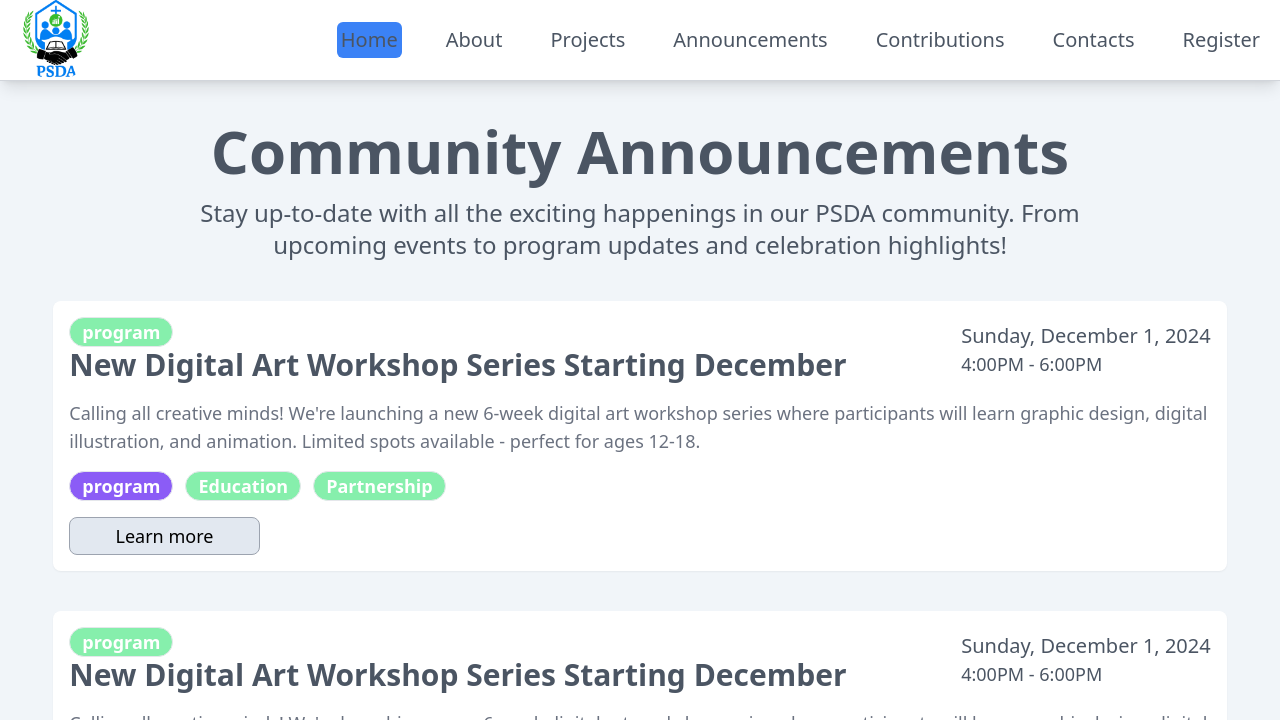
Repository: Zedestar/psda
Page: /announcements
An editor plug-in stored every save of this project. The page is shown before and after the next save, followed by the edit.
The browser window is 1280 px wide. The pictures show the whole page.
An inner scrolling area shows only its first screen. The project was rebuilt for these pictures with package versions that can differ from the ones it lists, and the page was loaded fresh each time. Also part of the build but not shown: src/components/cards/primary-card.jsx, src/components/cards/two-lines-card.jsx, src/components/homepic/index.jsx, src/pages/home/what-we-do.js, src/pages/home/home.jsx, src/components/cards/leaders-card.jsx, src/components/cards/secondary-card.jsx, src/pages/about/about-us-data.js and 13 more.

Above is the page before, as saved 2025-07-21 20:02:03.

### public/index.html
<!DOCTYPE html>
<html lang="en">
  <head>
    <meta charset="utf-8" />
    <link rel="icon" href="%PUBLIC_URL%/favicon.ico" />
    <meta name="viewport" content="width=device-width, initial-scale=1" />
    <meta name="theme-color" content="#000000" />
    <meta
      name="description"
      content="Web site created using create-react-app"
    />
    <!-- <link rel="apple-touch-icon" href="%PUBLIC_URL%/psdaImage.png" /> -->
    <!-- <link rel="manifest" href="%PUBLIC_URL%/manifest.json" /> -->

    <title>psda</title>
  </head>
  <body>
    <noscript>You need to enable JavaScript to run this app.</noscript>
    <div id="root"></div>

  </body>
</html>

### src/index.js
import React from "react";
import ReactDOM from "react-dom/client";
import App from "./App";
import "./index.css";
import { BrowserRouter } from "react-router-dom";

const root = ReactDOM.createRoot(document.getElementById("root"));
root.render(
  <BrowserRouter>
    <React.StrictMode>
      <App />
    </React.StrictMode>
  </BrowserRouter>
);

### src/App.js
import { Route, Routes } from "react-router-dom";
import Header from "./components/header/header";
import Home from "./pages/home/home";
import AboutPage from "./pages/about/about";
import Projects from "./pages/projects/projects";
import Announcements from "./pages/announcements/announcements";
import Contributions from "./pages/contirbutions/contributions";
import Contacts from "./pages/contacts/contacts";
import Register from "./pages/register/register.jsx";

function App() {
  return (
    <div className="flex flex-col items-center flex-center h-screen  bg-slate-100">
      <Header />
      <Routes>
        <Route path="/" element={<Home />} />
        <Route path="/about" element={<AboutPage />} />
        <Route path="/projects" element={<Projects />} />
        <Route path="/announcements" element={<Announcements />} />
        <Route path="/contributions" element={<Contributions />} />
        <Route path="/contact" element={<Contacts />} />
        <Route path="/register" element={<Register />} />
      </Routes>
    </div>
  );
}

export default App;

### src/components/header/header.jsx
import { useState } from "react";
import headerData from "./header-data";
import HeaderItem from "./header-item";
import psdaImage from "../../assets/images/psdaImage.png";

function Header() {
  const [active, setActive] = useState(1);
  return (
    <div className="w-full flex justify-center shadow-lg bg-white">
      <header className="w-full flex items-center justify-between px-4  border-b border-b-gray-300 max-w-screen-2xl">
        <div className="text-3xl rounded-full overflow-hidden">
          <img className="h-20 w-20" src={psdaImage} alt="" />
        </div>{" "}
        <ul className="hidden lg:flex justify-center py-5 space-x-10 flex-center">
          {headerData.map((item) => (
            <HeaderItem
              key={item.id}
              item={item}
              active={active}
              setActive={setActive}
            />
          ))}
        </ul>
        <ul className="lg:hidden">
          <li>miaaa</li>
          <li>miaaa</li>
          <li>miaaa</li>
          <li>miaaa</li>
          <li>miaaa</li>
        </ul>
      </header>
    </div>
  );
}

export default Header;

### src/pages/announcements/announcements.jsx
import Container from "../../components/container";
import MinContainer from "../../components/min-container/min-container.jsx";
import MinContianerInsideContent from "../../components/min-container/min-container-inside-content.jsx";
import announcements_face_card_data from "./announcemntes.-face-card-data.js";
import stay_updated_content_data from "./stay-updated-content-data.js";
import FaceCard from "../../components/cards/face-card";
import FullRoundedButton from "../../components/button/full-rounded-button.jsx";
import AnnouncementCard from "../../components/cards/announcement-card.jsx";

function Announcements() {
  return (
    <Container>
      {announcements_face_card_data.map((item) => (
        <FaceCard item={item} />
      ))}
      <AnnouncementCard />
      <AnnouncementCard />
      <AnnouncementCard />
      <AnnouncementCard />
      <MinContainer>
        {stay_updated_content_data.map((item) => (
          <FaceCard item={item} />
        ))}
        <MinContianerInsideContent>
          <form className="flex">
            <input
              className="rounded-full border-2 border-gray-400 text-xl flex items-center justify-center active:border-blue-400 "
              placeholder="Enter your email"
            />
            <FullRoundedButton text={"Subscribe"} />
          </form>
        </MinContianerInsideContent>
      </MinContainer>
    </Container>
  );
}

export default Announcements;

### src/components/header/header-data.js
const headerData = [
  {
    id: 1,
    content: "Home",
    link: "/",
  },
  {
    id: 2,
    content: "About",
    link: "/about",
  },
  {
    id: 3,
    content: "Projects",
    link: "/projects",
  },
  {
    id: 4,
    content: "Announcements",
    link: "/announcements",
  },
  {
    id: 5,
    content: "Contributions",
    link: "/contributions",
  },
  {
    id: 6,
    content: "Contacts",
    link: "/contact",
  },
  {
    id: 7,
    content: "Register",
    link: "/register",
  },
];

export default headerData;

### src/components/header/header-item.jsx
import { Link } from "react-router-dom";

function HeaderItem({ item, active, setActive }) {
  console.log(active);
  return (
    <li
      className={`p-1 rounded-md text-xl text-gray-600 font-gray-100 hover:bg-gray-200 transition cursor-pointer ${
        item.id === active ? "bg-blue-500" : ""
      }`}
      onClick={() => setActive(item.id)}
    >
      <Link to={item.link}>{item.content}</Link>
    </li>
  );
}

export default HeaderItem;

### src/pages/home/psda-highlights.js
import {
  FaUsers,
  FaPalette,
  FaLaptopCode,
  //   GiProgression,
  FaChild,
} from "react-icons/fa";

const psdaHighlights = [
  {
    id: 1,
    title: "Community Building",
    content:
      "We connect young people to form lasting friendships and supportive peer networks that strengthen communities.",
    icon: <FaUsers className="text-4xl text-blue-400" />,
    color: "bg-blue-50",
    text_color: "text-gray-500",
  },
  {
    id: 2,
    title: "Creative Projects",
    content:
      "Our programs encourage hands-on learning through art, technology, and community improvement initiatives.",
    icon: <FaPalette className="text-4xl text-blue-400" />,
    color: "bg-blue-50",
    text_color: "text-gray-500",
  },
  {
    id: 3,
    title: "Character Development",
    content:
      "We help children build confidence, leadership skills, and positive values that prepare them for life’s challenges.",
    icon: <FaLaptopCode className="text-4xl text-blue-400" />,
    color: "bg-blue-50",
    text_color: "text-gray-500",
  },
  {
    id: 4,
    title: "Achievement Recognition",
    content:
      "We celebrate every milestone and accomplishment to inspire pride, motivation, and continued growth.",
    icon: <FaChild className="text-4xl text-blue-400" />,
    color: "bg-blue-50",
    text_color: "text-gray-500",
  },
];

export default psdaHighlights;

### src/components/button/full-rounded-button.jsx
function FullRoundedButton({ text, bgColor, textColor, onClick }) {
  return (
    <button
      className={`${bgColor} p-4 mx-4 ${textColor} text-2xl border border-gray-50 rounded-full hover:scale-105 transition duration:300`}
      onClick={onClick}
    >
      {text}{" "}
    </button>
  );
}

export default FullRoundedButton;

### src/components/cards/face-card.jsx
function FaceCard({ item }) {
  return (
    <div className="space-y-4 flex flex-col items-center justify-center">
      <p className="text-6xl w-[80%] font-bold text-gray-600 text-center">
        {item.title}
      </p>
      <p className="text-2xl w-[70%] text-center text-gray-600">
        {item.description}
      </p>
    </div>
  );
}

export default FaceCard;

### src/components/container/index.jsx
function Container({ children }) {
  return (
    <div className="w-full h-full flex justify-center overflow-x-scroll">
      <div className="w-full h-full py-10 space-y-10 max-w-screen-2xl flex flex-col items-center">
        {children}
      </div>
    </div>
  );
}

export default Container;

### src/pages/about/core-objective-goals-data.js
import {
  AiOutlineTeam,
  AiOutlineBulb,
  AiOutlineTool,
  AiOutlineStar,
  AiOutlineGift,
} from "react-icons/ai";

const core_objectives_data = [
  {
    id: 1,
    title: "Fellowship and Networking",
    content:
      "To foster strong, lasting relationships among pastors' children by encouraging unity, love, and mutual support within the community.",
    icon: <AiOutlineTeam className="text-4xl text-teal-500" />,
    color: "bg-teal-50",
    text_color: "text-teal-500",
  },
  {
    id: 2,
    title: "Opportunity Awareness",
    content:
      "To actively seek out and share opportunities for growth, development, and advancement—both spiritually and economically.",
    icon: <AiOutlineBulb className="text-4xl text-purple-500" />,
    color: "bg-purple-50",
    text_color: "text-purple-500",
  },
  {
    id: 3,
    title: "Problem Solving",
    content:
      "To openly discuss and confront common challenges we face as a community, and work hand in hand to find sustainable solutions.",
    icon: <AiOutlineTool className="text-4xl text-yellow-500" />,
    color: "bg-yellow-50",
    text_color: "text-yellow-500",
  },
  {
    id: 4,
    title: "Talent Discovery & Development",
    content:
      "To identify, nurture, and empower the God-given talents within us, enabling every member to reach their full potential.",
    icon: <AiOutlineStar className="text-4xl text-pink-500" />,
    color: "bg-pink-50",
    text_color: "text-pink-500",
  },
  {
    id: 5,
    title: "Support for Our Parents",
    content:
      "To express gratitude and honor our pastoral parents by supporting them in practical ways—spiritually, emotionally, and materially.",
    icon: <AiOutlineGift className="text-4xl text-red-500" />,
    color: "bg-red-50",
    text_color: "text-red-500",
  },
];

export default core_objectives_data;

### src/pages/about/mission-vission-impact.js
import { AiOutlineAim, AiOutlineEye, AiOutlineHeart } from "react-icons/ai";

const mission_vission_impact_data = [
  {
    id: 1,
    title: "Our mission",
    content:
      "We envision a generation of spiritually grounded, socially responsible, and purpose-driven leaders from pastoral families who carry forward a legacy of faith, compassion, and community influence.",

    icon: <AiOutlineAim className="text-4xl text-green-500" />,
    color: "bg-green-50",
    text_color: "text-green-500",
  },
  {
    id: 2,
    title: "Our vision",
    content:
      "We exist to empower pastors’ children through mentorship, discipleship, skill-building, and fellowship—equipping them to thrive in every area of life and fulfill their divine calling.",
    icon: <AiOutlineEye className="text-4xl text-blue-500" />,
    color: "bg-blue-50",
    text_color: "text-blue-500",
  },
  {
    id: 3,
    title: "Our impact",
    content:
      "Through impactful programs and community-building initiatives, P.S.D.A. is restoring identity, building leadership, and inspiring pastors’ children to walk boldly in purpose while honoring their heritage.",
    icon: <AiOutlineHeart className="text-4xl text-orange-400" />,
    color: "bg-orange-50",
    text_color: "text-orange-500",
  },
];

export default mission_vission_impact_data;

### src/components/min-container/min-container.jsx
function MinContaier({ children }) {
  return (
    <div className="bg-slate-200 py-8 rounded-lg space-y-4 hover:shadow-xl border border-gray-300 transition">
      {children}
    </div>
  );
}

export default MinContaier;

### src/components/min-container/min-container-inside-content.jsx
function MinContianerInsideContent({ children }) {
  return (
    <div className="flex items-center justify-center my-2">{children}</div>
  );
}

export default MinContianerInsideContent;

### src/pages/announcements/announcemntes.-face-card-data.js
const announcements_face_card_data = [
  {
    title: "Community Announcements",
    description:
      "Stay up-to-date with all the exciting happenings in our PSDA community. From upcoming events to program updates and celebration highlights!",
  },
];

export default announcements_face_card_data;

### src/pages/announcements/stay-updated-content-data.js
const stay_updated_content_data = [
  {
    title: "Stay in the Loop!",
    description:
      "Never miss an important announcement. Subscribe to our newsletter for weekly updates and exclusive community insights delivered right to your inbox.",
  },
];

export default stay_updated_content_data;

### src/components/cards/announcement-card.jsx
function AnnouncementCard() {
  const instensity = [100, 200, 50, 500, 300, 400, 600, 700, 800, 900];
  const colors = ["rose", "green", "blue", "orange", "violent"];

  return (
    <div className="flex flex-col bg-white mx-4 p-4 rounded-lg shadow-sm hover:shadow-lg hover:scale-105 transition w-11/12 space-y-4">
      <div className="flex items-center justify-between space-x-2  ">
        <div>
          <p className="bg-green-300 text-lg font-semibold border border-gray-200 px-3 w-fit flex items-center justify-center rounded-full text-white">
            program
          </p>
          <p className="text-3xl font-bold text-gray-600">
            New Digital Art Workshop Series Starting December
          </p>
        </div>
        <div>
          <p className="text-xl text-gray-600">Sunday, December 1, 2024</p>
          <p className="text-lg text-gray-600">4:00PM - 6:00PM</p>
        </div>
      </div>
      <div>
        <p className="text-lg text-gray-500">
          Calling all creative minds! We're launching a new 6-week digital art
          workshop series where participants will learn graphic design, digital
          illustration, and animation. Limited spots available - perfect for
          ages 12-18.
        </p>
      </div>
      <div className="flex space-x-3">
        <p
          className={`bg-violet-500 text-lg font-semibold border border-gray-200 px-3  flex items-center justify-center rounded-full text-white`}
        >
          program
        </p>
        <p className="bg-green-300 text-lg font-semibold border border-gray-200 px-3 flex items-center justify-center rounded-full text-white">
          Education
        </p>
        <p className="bg-green-300 text-lg font-semibold border border-gray-200 px-3 flex items-center justify-center rounded-full text-white">
          Partnership
        </p>
      </div>
      <button className="w-2/12 py-1 rounded-lg text-lg bg-slate-200 hover:bg-blue-400 transition border border-gray-400">
        Learn more{" "}
      </button>
    </div>
  );
}

export default AnnouncementCard;

### tailwind.config.js
/** @type {import('tailwindcss').Config} */
module.exports = {
  content: ["./src/**/*.{js,jsx,ts,tsx}"],
  theme: {
    extend: {
      colors: {
        psdaGreen: "#1A8F57",
      },
    },
  },
  plugins: [],
};

Loaded but not shown: src/index.css (common file); src/components/homepic/index.css (no stored copy; drawn as an empty file)

After the next save:
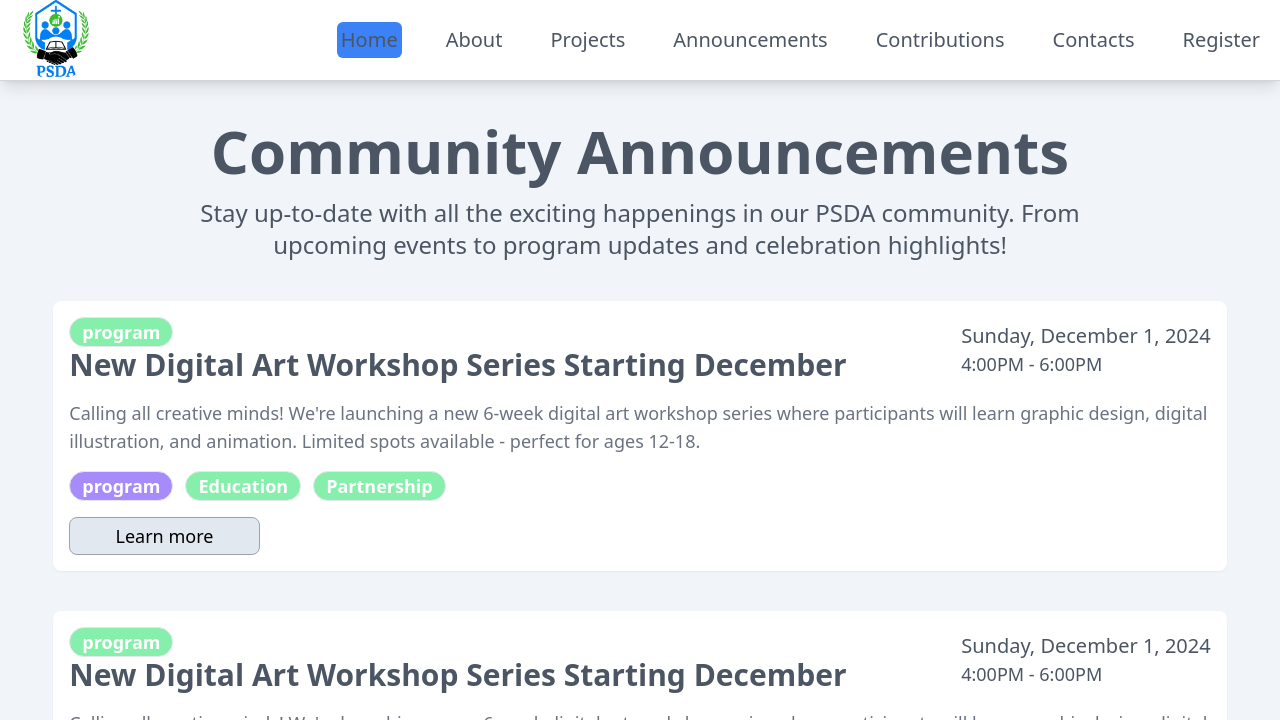
Saved 9 s later.
--- a/src/components/cards/announcement-card.jsx
+++ b/src/components/cards/announcement-card.jsx
@@ -28,7 +28,7 @@ function AnnouncementCard() {
       </div>
       <div className="flex space-x-3">
         <p
-          className={`bg-violet-500 text-lg font-semibold border border-gray-200 px-3  flex items-center justify-center rounded-full text-white`}
+          className={`bg-violet-400 text-lg font-semibold border border-gray-200 px-3  flex items-center justify-center rounded-full text-white`}
         >
           program
         </p>
